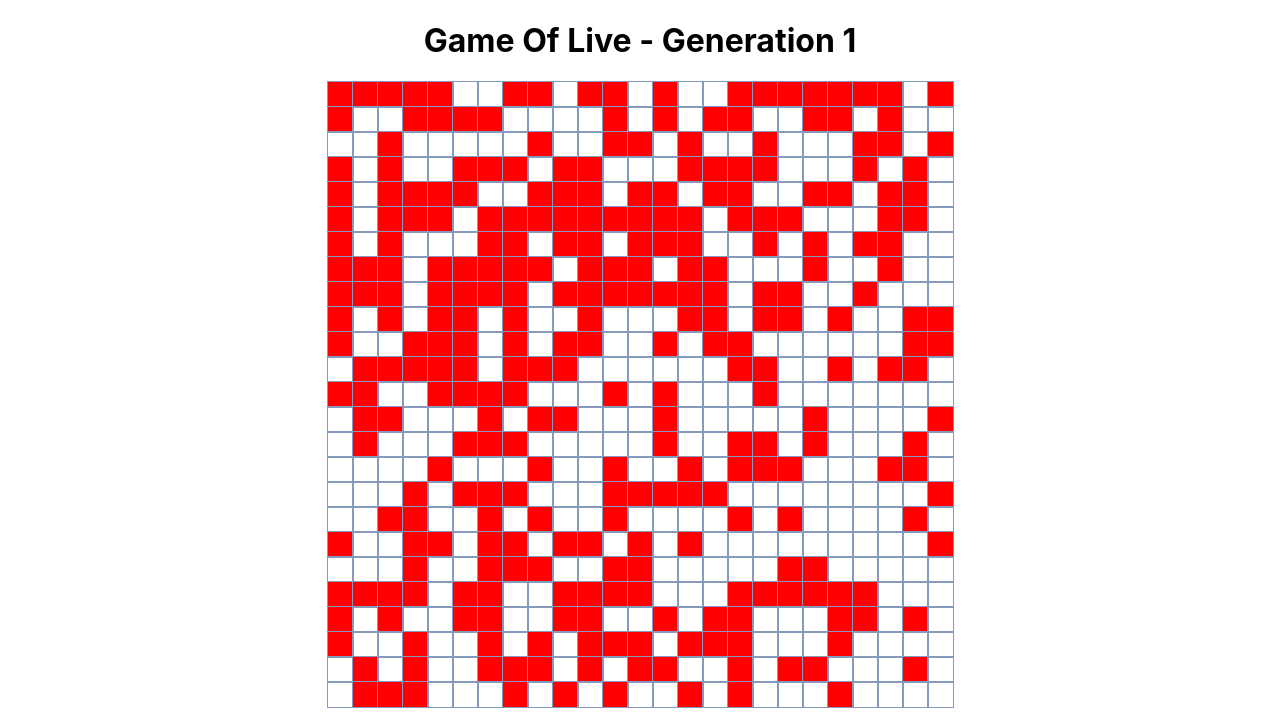
Repository: cfaguilera20/gol
Page: /
An editor plug-in stored every save of this project. The page is shown before and after a run of saves, followed by the edit.
The browser window is 1280 px wide. The pictures show the whole page.
The project was rebuilt for these pictures with package versions that can differ from the ones it lists, and the page was loaded fresh each time.

Above is the page before, as saved 2021-07-25 11:53:04.

After the next 5 saves:
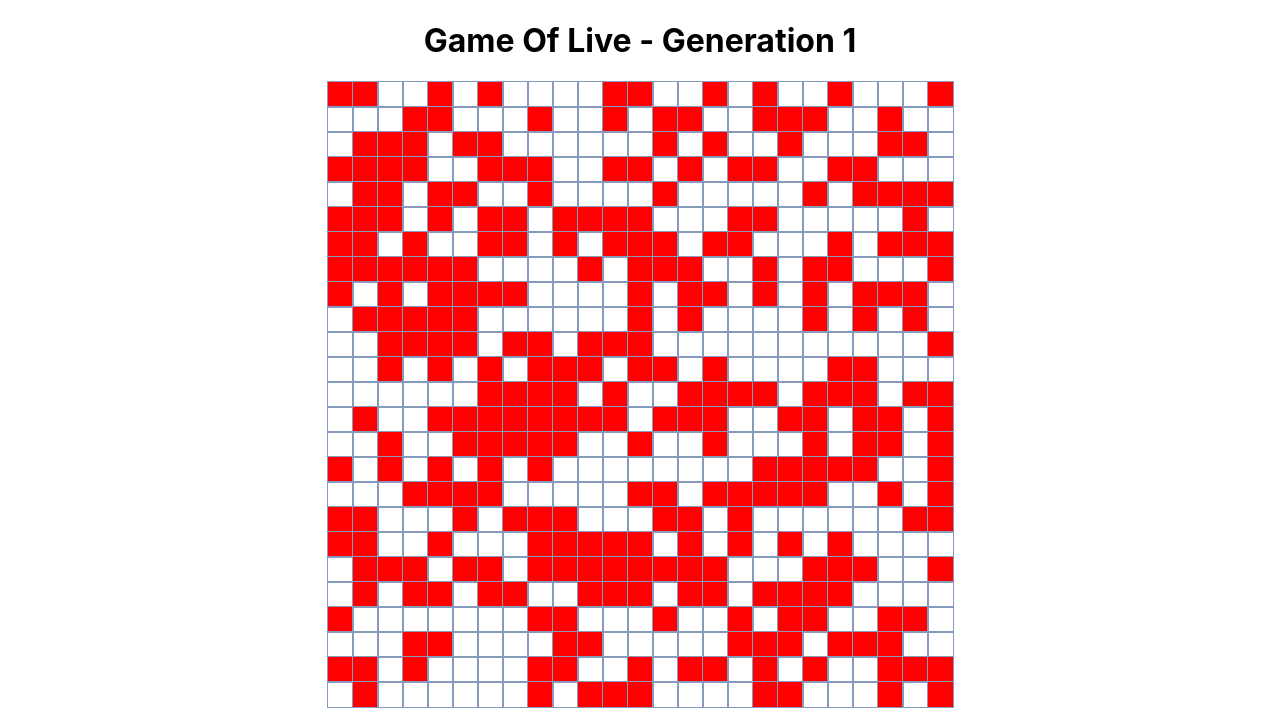
The 5 saves are shown as one change because 4 did not build or start.
The last was saved 3 min 27 s later.
--- a/src/components/World.jsx
+++ b/src/components/World.jsx
@@ -11,7 +11,7 @@ const World = (props) => {
         <>
             <h1>Game Of Live - Generation {generation}</h1>
             <div className="world">
-                {world.map((row, rowIdx) => (
+                {world.board.map((row, rowIdx) => (
                     <div key={rowIdx} className="row">
                         {row.map((cell, cellIdx) => {
                             const className = getCellClassName(
@@ -48,7 +48,8 @@ class Board {
         for (let y = 0; y < this.size; y++) {
             this.board[y] = [];
             for (let x = 0; x < this.size; x++) {
-                this.board[y][x] = new Cell(x, y, 0);
+                const isAlive = Math.round(Math.random());
+                this.board[y][x] = new Cell(x, y, isAlive);
             }
         }
     }
@@ -84,17 +85,8 @@ class Board {
 }
 
 const createWorld = (WORLD_SIZE) => {
-    const world = [];
-    for (let row = 0; row < WORLD_SIZE; row++) {
-        const currentRow = [];
-        for (let col = 0; col < WORLD_SIZE; col++) {
-            const isAlive = Math.round(Math.random());
-            const cell = new Cell(row, row, isAlive);
-            currentRow.push(cell);
-        }
-        world.push(currentRow);
-    }
-    return world;
+    const board = new Board(WORLD_SIZE);
+    return board;
 };
 
 const getCellClassName = (cellValue, board) => {
